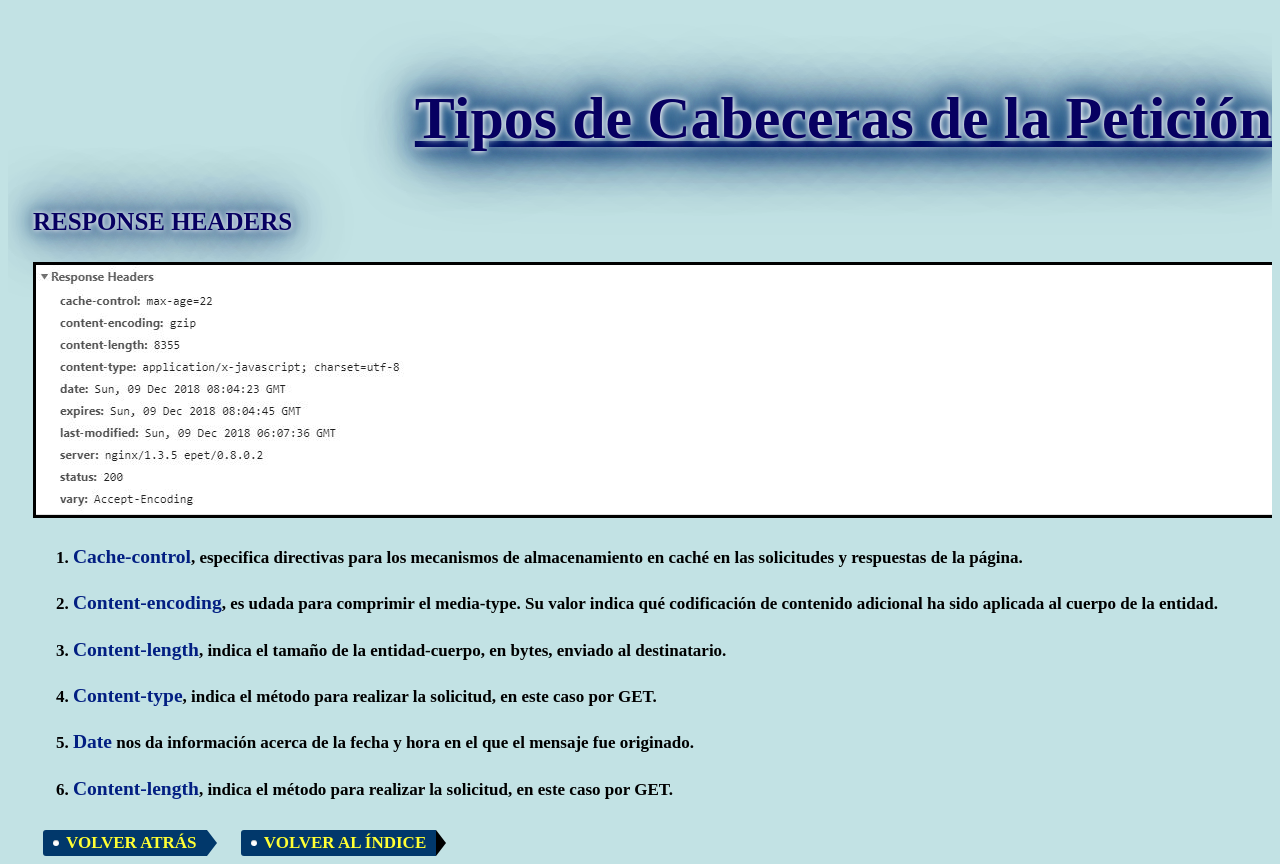
Repository: VictorinoBF97/HerramientasDesarollo
Page: responseHeaders.html
An editor plug-in stored every save of this project. The page is shown before and after the next save, followed by the edit.
The browser window is 1280 px wide. The pictures show the whole page.

Above is the page before, as saved 2018-12-09 09:53:25.
Not found: main.js

After the next save:
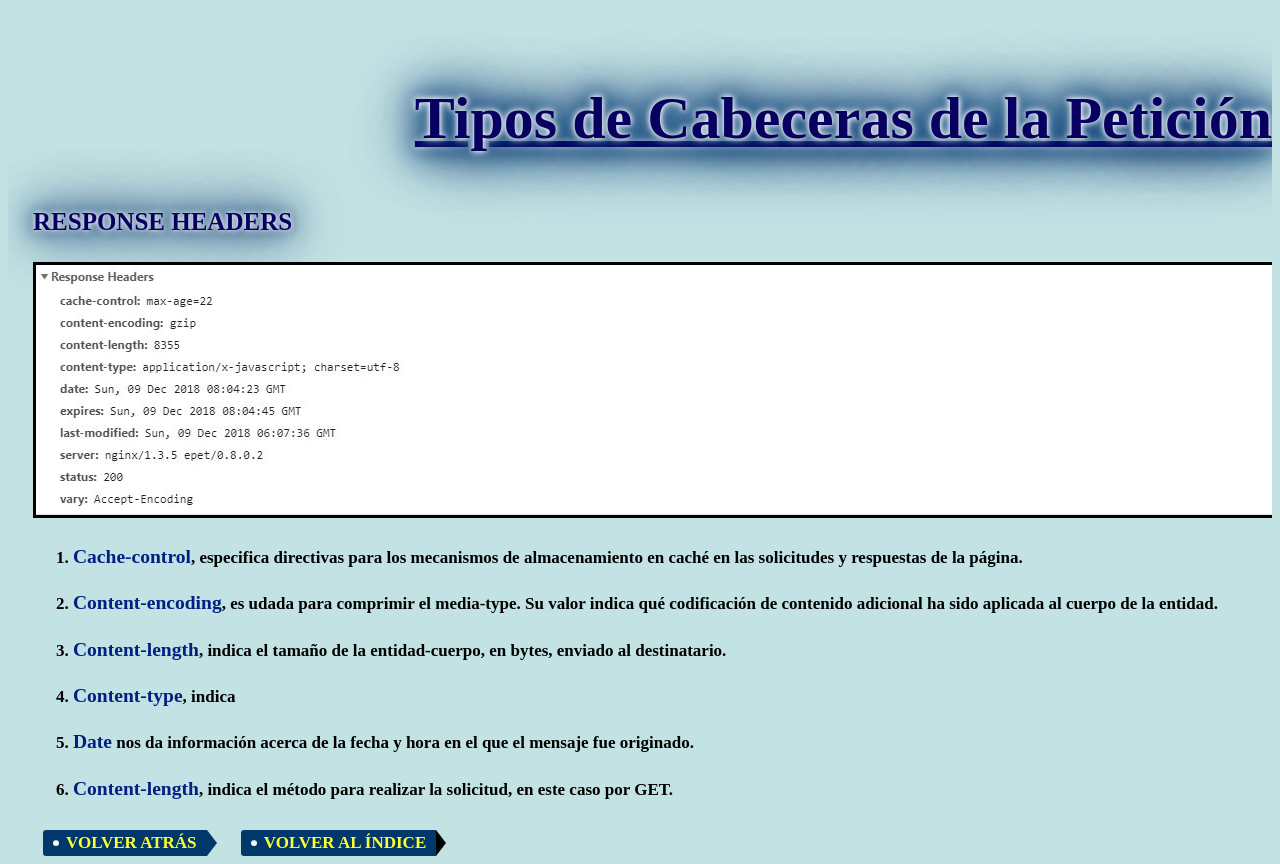
Saved 58 s later.
--- a/responseHeaders.html
+++ b/responseHeaders.html
@@ -31,7 +31,7 @@
                     <p><strong>Content-length</strong>, indica el tamaño de la entidad-cuerpo, en bytes, enviado al destinatario.</p>
                 </li>
                 <li>
-                    <p><strong>Content-type</strong>, indica el método para realizar la solicitud, en este caso por GET.</p>
+                    <p><strong>Content-type</strong>, indica</p>
                 </li>
                 <li>
                     <p><strong>Date</strong> nos da información acerca de la fecha y hora en el que el mensaje fue originado.</p>
